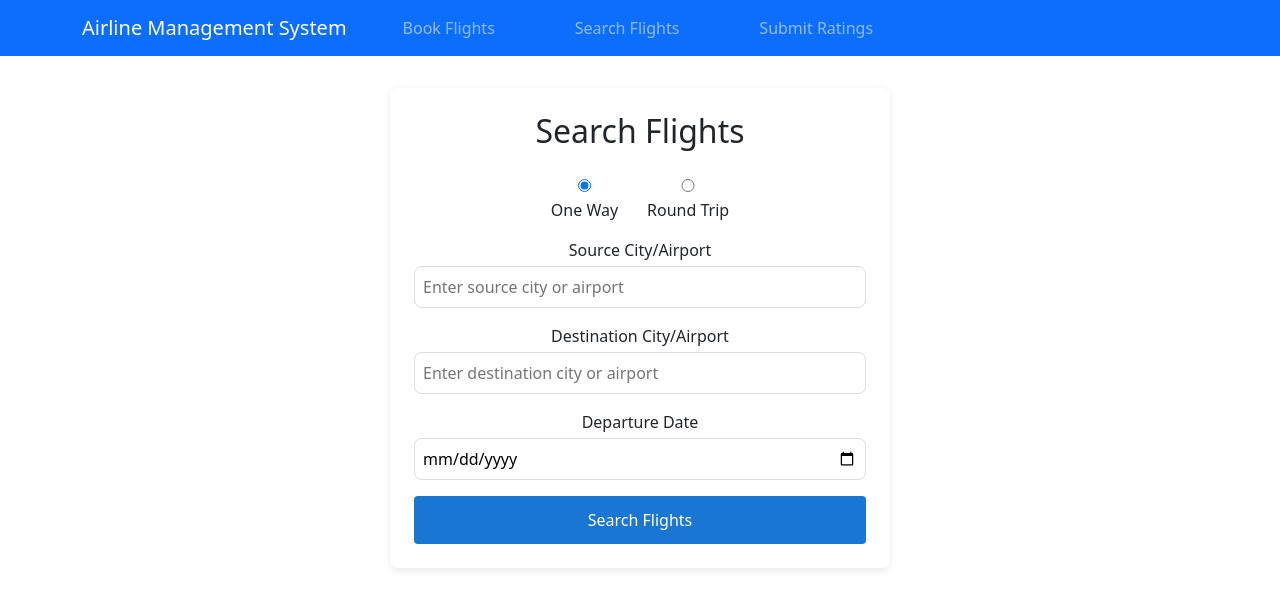
Repository: mikiyas17legesse/airport_system
Page: /search-flights (app in client/)
An editor plug-in stored every save of this project. The page is shown before and after the next save, followed by the edit.
The browser window is 1280 px wide. The pictures show the whole page.
The project was rebuilt for these pictures with package versions that can differ from the ones it lists, and the page was loaded fresh each time. Also part of the build but not shown: client/src/Pages/MainPage.css, client/src/Pages/MainPage.js, client/src/Pages/StaffLogin.js, client/src/Pages/CustomerLogin.js, client/src/Pages/HomePage.js, client/src/Pages/customerPages/Ratings.css, client/src/Pages/customerPages/Ratings.js, client/src/Pages/customerPages/Bookings.js.

Above is the page before, as saved 2025-04-29 14:18:51.

### client/src/App.js
import './App.css';
import { BrowserRouter, Routes, Route } from 'react-router-dom';
import MainPage from './pages/MainPage';
import StaffLogin from './pages/StaffLogin';
import CustomerLogin from './pages/CustomerLogin';
import HomePage from './pages/HomePage';
import SearchFlights from './pages/customerPages/SearchFlights'
import Ratings from './pages/customerPages/Ratings'
import Bookings from './pages/customerPages/Bookings'

function App() {
  return (
    <BrowserRouter>
      <div className="App">
        <Routes>
          <Route path="/" element={<MainPage />} />
          <Route path="/customer-login" element={<CustomerLogin />} />
          <Route path="/staff-login" element={<StaffLogin />} />
          <Route path="/home" element={<HomePage />} />
          <Route path="/search-flights" element={<SearchFlights />} />
          <Route path="/submit-ratings" element={<Ratings />} />
          <Route path="/book-flights" element={<Bookings />} />
        </Routes>
      </div>
    </BrowserRouter>
  );
}

export default App;

### client/src/Pages/customerPages/SearchFlights.js
import React, { useState } from "react";
import NavigationBar from "../components/Navbar";

const mockFlights = [
  {
    id: 1,
    flightNumber: "ET101",
    airline: "Ethiopian Airlines",
    departure: "Addis Ababa",
    arrival: "New York",
    departureTime: "2025-05-01T08:00:00",
    arrivalTime: "2025-05-01T16:00:00",
    price: 850,
    seatsAvailable: 12
  },
  {
    id: 2,
    flightNumber: "UA202",
    airline: "United Airlines",
    departure: "Los Angeles",
    arrival: "London",
    departureTime: "2025-05-02T10:30:00",
    arrivalTime: "2025-05-02T22:45:00",
    price: 1200,
    seatsAvailable: 5
  },
  {
    id: 3,
    flightNumber: "TK303",
    airline: "Turkish Airlines",
    departure: "Istanbul",
    arrival: "Toronto",
    departureTime: "2025-05-03T06:15:00",
    arrivalTime: "2025-05-03T13:20:00",
    price: 950,
    seatsAvailable: 20
  }
];

const SearchFlights = () => {
  const [tripType, setTripType] = useState("oneway");
  const [source, setSource] = useState("");
  const [destination, setDestination] = useState("");
  const [departureDate, setDepartureDate] = useState("");
  const [returnDate, setReturnDate] = useState("");
  const [results, setResults] = useState([]);

  const handleSearch = (e) => {
    e.preventDefault();
    setResults(mockFlights);
  };

  const handleSubmit = (e) => {
    e.preventDefault();
    // Pass these values to backend endpoint later
    const searchParams = {
      tripType,
      source,
      destination,
      departureDate,
      returnDate: tripType === "roundtrip" ? returnDate : null,
    };
    console.log("Search params:", searchParams);
    // Pass searchParams to backend
  };


  return (
    <div>
      <NavigationBar />
      <div style={{ maxWidth: 500, margin: "2rem auto", padding: 24, background: "#fff", borderRadius: 8, boxShadow: "0 2px 8px rgba(0,0,0,0.1)" }}>
        <h2 style={{ textAlign: "center", marginBottom: 24 }}>Search Flights</h2>
        <form onSubmit={handleSearch}>
          <div style={{ marginBottom: 16 }}>
            <label style={{ marginRight: 16 }}>
              <input
                type="radio"
                value="oneway"
                checked={tripType === "oneway"}
                onChange={() => setTripType("oneway")}
              />
              One Way
            </label>
            <label>
              <input
                type="radio"
                value="roundtrip"
                checked={tripType === "roundtrip"}
                onChange={() => setTripType("roundtrip")}
              />
              Round Trip
            </label>
          </div>
          <div style={{ marginBottom: 16 }}>
            <label>Source City/Airport</label>
            <input
              type="text"
              value={source}
              onChange={e => setSource(e.target.value)}
              placeholder="Enter source city or airport"
              required
              style={{ width: "100%", padding: 8, marginTop: 4 }}
            />
          </div>
          <div style={{ marginBottom: 16 }}>
            <label>Destination City/Airport</label>
            <input
              type="text"
              value={destination}
              onChange={e => setDestination(e.target.value)}
              placeholder="Enter destination city or airport"
              required
              style={{ width: "100%", padding: 8, marginTop: 4 }}
            />
          </div>
          <div style={{ marginBottom: 16 }}>
            <label>Departure Date</label>
            <input
              type="date"
              value={departureDate}
              onChange={e => setDepartureDate(e.target.value)}
              required
              style={{ width: "100%", padding: 8, marginTop: 4 }}
            />
          </div>
          {tripType === "roundtrip" && (
            <div style={{ marginBottom: 16 }}>
              <label>Return Date</label>
              <input type="date"
                value={returnDate}
                onChange={e => setReturnDate(e.target.value)}
                required={tripType === "roundtrip"}
                style={{ width: "100%", padding: 8, marginTop: 4 }}
                min={departureDate}
              />
            </div>
          )}
          <button type="submit" style={{ width: "100%", padding: 12, background: "#1976d2", color: "#fff", border: "none", borderRadius: 4, fontSize: 16, cursor: "pointer" }}>
            Search Flights
          </button>
        </form>
      </div>
      <div style={{ maxWidth: 800, margin: '2rem auto', padding: 24 }}>
        {results.length > 0 && (
          <table style={{ width: '100%', borderCollapse: 'collapse', marginTop: 24 }}>
            <thead>
              <tr style={{ background: '#f5f5f5' }}>
                <th style={{ padding: 8, border: '1px solid #ddd' }}>Flight No.</th>
                <th style={{ padding: 8, border: '1px solid #ddd' }}>Airline</th>
                <th style={{ padding: 8, border: '1px solid #ddd' }}>From</th>
                <th style={{ padding: 8, border: '1px solid #ddd' }}>To</th>
                <th style={{ padding: 8, border: '1px solid #ddd' }}>Departure</th>
                <th style={{ padding: 8, border: '1px solid #ddd' }}>Arrival</th>
                <th style={{ padding: 8, border: '1px solid #ddd' }}>Price ($)</th>
                <th style={{ padding: 8, border: '1px solid #ddd' }}>Seats</th>
              </tr>
            </thead>
            <tbody>
              {results.map(flight => (
                <tr key={flight.id}>
                  <td style={{ padding: 8, border: '1px solid #ddd' }}>{flight.flightNumber}</td>
                  <td style={{ padding: 8, border: '1px solid #ddd' }}>{flight.airline}</td>
                  <td style={{ padding: 8, border: '1px solid #ddd' }}>{flight.departure}</td>
                  <td style={{ padding: 8, border: '1px solid #ddd' }}>{flight.arrival}</td>
                  <td style={{ padding: 8, border: '1px solid #ddd' }}>{new Date(flight.departureTime).toLocaleString()}</td>
                  <td style={{ padding: 8, border: '1px solid #ddd' }}>{new Date(flight.arrivalTime).toLocaleString()}</td>
                  <td style={{ padding: 8, border: '1px solid #ddd' }}>{flight.price}</td>
                  <td style={{ padding: 8, border: '1px solid #ddd' }}>{flight.seatsAvailable}</td>
                </tr>
              ))}
            </tbody>
          </table>
        )}
      </div>
    </div>
  );
};

export default SearchFlights;

### client/src/Pages/StaffLogin.css
.login-container {
  min-height: 100vh;
  display: flex;
  justify-content: center;
  align-items: center;
  background: linear-gradient(135deg, #1a2a6c, #b21f1f, #fdbb2d);
  background-size: 400% 400%;
  animation: gradient 15s ease infinite;
}

.login-box {
  background: rgba(255, 255, 255, 0.95);
  padding: 2.5rem;
  border-radius: 15px;
  box-shadow: 0 8px 32px rgba(0, 0, 0, 0.1);
  width: 95%;
  max-width: 400px;
  margin: 1rem;
}

h2 {
  color: #333;
  text-align: center;
  margin-bottom: 2rem;
  font-size: 1.8rem;
}

.form-group {
  margin-bottom: 1.2rem;
}

input {
  width: 100%;
  padding: 0.8rem;
  border: 1px solid #ddd;
  border-radius: 8px;
  font-size: 1rem;
  transition: border-color 0.3s;
}

input:focus {
  outline: none;
  border-color: #3498db;
}

select {
  appearance: none;
  background-image: url("data:[embedded picture, 258 characters]");
  background-repeat: no-repeat;
  background-position: right 1rem center;
  background-size: 1em;
}

.submit-button {
  width: 100%;
  padding: 1rem;
  background-color: #2c3e50;
  color: white;
  border: none;
  border-radius: 8px;
  font-size: 1.1rem;
  font-weight: 600;
  cursor: pointer;
  transition: background-color 0.3s;
  margin-top: 1.5rem;
}

.submit-button:hover {
  background-color: #1a252f;
}

.toggle-form {
  text-align: center;
  margin-top: 1.5rem;
  color: #666;
}

.toggle-button {
  background: none;
  border: none;
  color: #3498db;
  cursor: pointer;
  font-size: 1rem;
  padding: 0;
  text-decoration: underline;
}

.toggle-button:hover {
  color: #2980b9;
}

.back-button {
  display: block;
  width: 100%;
  padding: 0.8rem;
  background-color: #3498db;
  color: white;
  border: none;
  border-radius: 8px;
  font-size: 1rem;
  cursor: pointer;
  transition: background-color 0.3s;
  margin-top: 1.5rem;
}

.back-button:hover {
  background-color: #2980b9;
}

@keyframes gradient {
  0% {
    background-position: 0% 50%;
  }
  50% {
    background-position: 100% 50%;
  }
  100% {
    background-position: 0% 50%;
  }
}

### client/src/Pages/CustomerLogin.css
.login-container {
  min-height: 100vh;
  display: flex;
  justify-content: center;
  align-items: center;
  background: linear-gradient(135deg, #1a2a6c, #b21f1f, #fdbb2d);
  background-size: 400% 400%;
  animation: gradient 15s ease infinite;
}

.login-box {
  background: rgba(255, 255, 255, 0.95);
  padding: 2.5rem;
  border-radius: 15px;
  box-shadow: 0 8px 32px rgba(0, 0, 0, 0.1);
  width: 100%;
  max-width: 400px;
  margin: 1rem;
}

h2 {
  color: #333;
  text-align: center;
  margin-bottom: 2rem;
  font-size: 1.8rem;
}

.form-group {
  margin-bottom: 1.2rem;
}

input {
  width: 95%;
  padding: 0.5rem;
  border: 1px solid #ddd;
  border-radius: 8px;
  font-size: 1rem;
  transition: border-color 0.3s;
}

input:focus {
  outline: none;
  border-color: #3498db;
}

.submit-button {
  width: 100%;
  padding: 1rem;
  background-color: #3498db;
  color: white;
  border: none;
  border-radius: 8px;
  font-size: 1.1rem;
  font-weight: 600;
  cursor: pointer;
  transition: background-color 0.3s;
  margin-top: 1.5rem;
}

.submit-button:hover {
  background-color: #2980b9;
}

.toggle-form {
  text-align: center;
  margin-top: 1.5rem;
  color: #666;
}

.toggle-button {
  background: none;
  border: none;
  color: #3498db;
  cursor: pointer;
  font-size: 1rem;
  padding: 0;
  text-decoration: underline;
}

.toggle-button:hover {
  color: #2980b9;
}

.back-button {
  display: block;
  width: 100%;
  padding: 0.8rem;
  background-color: #2c3e50;
  color: white;
  border: none;
  border-radius: 8px;
  font-size: 1rem;
  cursor: pointer;
  transition: background-color 0.3s;
  margin-top: 1.5rem;
}

.back-button:hover {
  background-color: #1a252f;
}

@keyframes gradient {
  0% {
    background-position: 0% 50%;
  }
  50% {
    background-position: 100% 50%;
  }
  100% {
    background-position: 0% 50%;
  }
}

### client/src/Pages/HomePage.css
.home-container {
  min-height: 100vh;
  display: flex;
  justify-content: center;
  align-items: center;
  background: linear-gradient(135deg, #1a2a6c, #b21f1f, #fdbb2d);
  background-size: 400% 400%;
  animation: gradient 15s ease infinite;
}

.home-box {
  background: rgba(255, 255, 255, 0.95);
  padding: 2.5rem;
  border-radius: 15px;
  box-shadow: 0 8px 32px rgba(0, 0, 0, 0.1);
  width: 100%;
  max-width: 500px;
  text-align: center;
}

h2 {
  color: #1a2a6c;
  margin-bottom: 2rem;
}

.button-group {
  display: flex;
  flex-direction: column;
  gap: 1rem;
}

.action-button {
  background: #1a2a6c;
  color: white;
  border: none;
  padding: 0.8rem 1.5rem;
  border-radius: 8px;
  font-size: 1rem;
  cursor: pointer;
  transition: all 0.3s ease;
}

.action-button:hover {
  background: #0f1a4a;
  transform: translateY(-2px);
}

@keyframes gradient {
  0% { background-position: 0% 50%; }
  50% { background-position: 100% 50%; }
  100% { background-position: 0% 50%; }
}

### client/src/Pages/components/Navbar.js
import Container from 'react-bootstrap/Container';
import { Navbar, Nav } from 'react-bootstrap';
import { Link } from 'react-router-dom';
import './Navbar.css';

const NavigationBar = () => {
  return (
    <Navbar bg="primary" data-bs-theme="dark">
    <Container>
      <Navbar.Brand as={Link} to="/home">Airline Management System</Navbar.Brand>
      <Nav className="me-auto">
        <Nav.Link className="nav-link-spacing" as={Link} to="/book-flights">Book Flights</Nav.Link>
        <Nav.Link className="nav-link-spacing" as={Link} to="/search-flights">Search Flights</Nav.Link>
        <Nav.Link className="nav-link-spacing" as={Link} to="/submit-ratings">Submit Ratings</Nav.Link>
      </Nav>
    </Container>
  </Navbar>
  );
};

export default NavigationBar;

### client/src/Pages/components/Navbar.css
.nav-link-spacing {
    margin-left: 2rem !important;
    margin-right: 2rem !important;
  }

Loaded but not shown: client/public/index.html (common file); client/src/index.js (common file); client/src/index.css (common file); client/src/reportWebVitals.js (common file); client/src/App.css (common file)

After the next save:
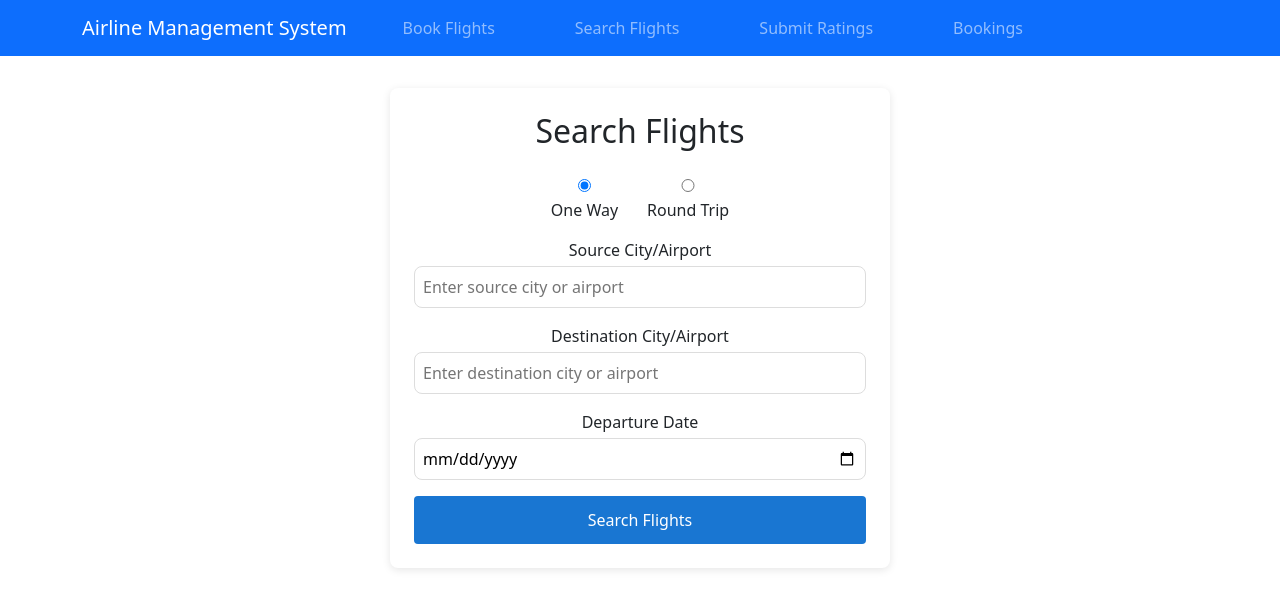
Saved 11 min 32 s later.
--- a/client/src/Pages/components/Navbar.js
+++ b/client/src/Pages/components/Navbar.js
@@ -12,6 +12,7 @@ const NavigationBar = () => {
         <Nav.Link className="nav-link-spacing" as={Link} to="/book-flights">Book Flights</Nav.Link>
         <Nav.Link className="nav-link-spacing" as={Link} to="/search-flights">Search Flights</Nav.Link>
         <Nav.Link className="nav-link-spacing" as={Link} to="/submit-ratings">Submit Ratings</Nav.Link>
+        <Nav.Link className="nav-link-spacing" as={Link} to="/bookings">Bookings</Nav.Link>
       </Nav>
     </Container>
   </Navbar>
